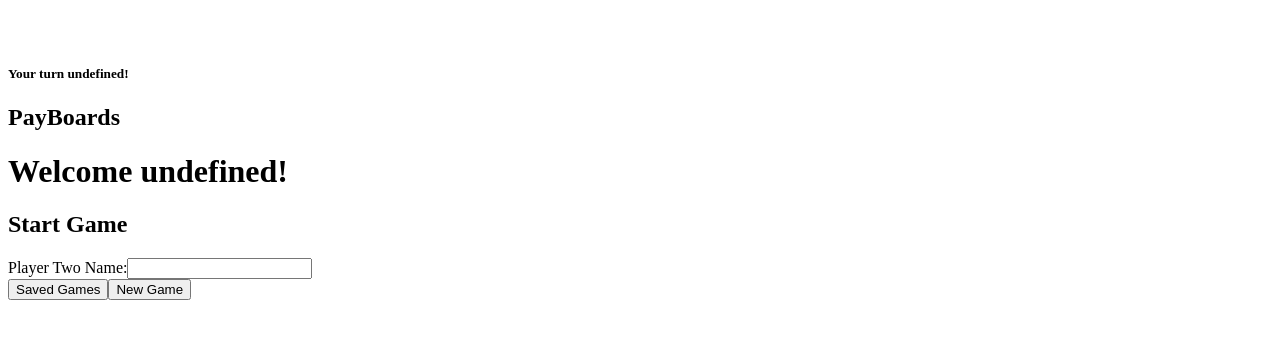
Repository: Luke82601/PayBoards
Page: /
These files come from the project's save history. The page is drawn as it stood at one moment and after the next save; the edit follows.
The browser window is 1280 px wide. The pictures show the whole page.
The page's requests for data from a server got no answer. The project was rebuilt for these pictures with package versions that can differ from the ones it lists, and the page was loaded fresh each time. No one was signed in, and anything a server would have sent is missing. Also part of the build but not shown: webpack.config.js, client/components/settings.jsx, client/components/save.jsx, client/components/Square.js, client/components/Board.jsx, client/components/DeadPool.jsx, client/helpers/board-initialiser.js, client/components/Game.jsx and 3 more.

Above is the page before, as saved 2021-05-20 11:46:38.

### client/index.jsx
import React from 'react';
import ReactDOM from 'react-dom';
import App from './components/App';
import Game from './components/Game.jsx';
import GuestApp from './components/GuestApp';

if (document.getElementById('app')) {
  ReactDOM.render(<App />, document.getElementById('app'));
}

### client/components/App.jsx
import React from 'react';
import axios from 'axios';
import Welcome from './welcome';
import Settings from './settings';
import Save from './save';
import King from '../pieces/King.js';
import Queen from '../pieces/Queen.js';
import Rook from '../pieces/Rook.js';
import Knight from '../pieces/Knight.js';
import Bishop from '../pieces/Bishop.js';
import Pawn from '../pieces/Pawn.js';
import Game from './Game.jsx';

class App extends React.Component {
  constructor(props) {
    super(props);
    this.state = {
      id: '',
      nextJump: false,
      settings: false,
      saveView: false,
      savedView: false,
      board: [],
      black: 12,
      white: 12,
      selected: [],
      // turn: 'black',
      autoJumpRed: false,
      autoJumpBlack: false,
      modal: true,
      victory: '',
      victoryMessage: '',
      gameList: [],
      // playerOne: 'Player One',
      // playerTwo: 'Player Two',

      whiteFallenSoldiers: [],
      blackFallenSoldiers: [],
      player: 1,
      sourceSelection: -1,
      status: '',
      turn: 'white'
    };
    this.makeBoard = this.makeBoard.bind(this);
    this.settings = this.settings.bind(this);
    this.saveGame = this.saveGame.bind(this);
    this.save = this.save.bind(this);
    this.changeGame = this.changeGame.bind(this);
    this.toggleModal = this.toggleModal.bind(this);
    this.changeWelcomeView = this.changeWelcomeView.bind(this);
    this.changeVictory = this.changeVictory.bind(this);
  }

  componentDidMount() {
    this.makeBoard('000000000000000000000000');
  }

  makeBoard(id, playerTwo) {
    axios.get(`/api/boards/${id}`)
      .then((data) => {
        return data.data;
      })
      .then((data) => {
        axios.get('/user')
          .then((user) => {
            if (data.playerTwo === '') {
              data.playerTwo = playerTwo ? playerTwo : '';
            }
            data.username = user.data.username;
            data.id = user.data.id;
            return data;
          })
          .then((data) => {
            axios.get(`/api/games/${data.id}`)
              .then((games) => {
                if (data.playerTwo === '') {
                  data.playerTwo = 'Player Two';
                }
                this.setState({
                  board: data.board, black: data.black, red: data.red, turn: data.turn, autoJumpRed: data.autoJumpRed, autoJumpBlack: data.autoJumpBlack, playerOne: data.playerOne, playerTwo: data.playerTwo, victory: '', playerOne: data.username, id: data.id, gameList: games.data.games });
              });
          });
      });
  }

  changeWelcomeView() {
    const { savedView } = this.state;
    this.setState({ savedView: !savedView });
  }

  settings() {
    const { settings } = this.state;
    this.setState({ settings: !settings });
  }

  saveGame() {
    const { saveView } = this.state;
    this.setState({ saveView: !saveView });
  }

  toggleJump() {
    const { nextJump } = this.state;
    this.setState({ nextJump: !nextJump });
  }


  save(name) {
    const {
      playerOne, playerTwo, board, black, red,
      turn, autoJumpRed, autoJumpBlack, gameList, id,
    } = this.state;
    axios.post(`/api/games/${id}`, {
      board: {
        name: name === '' ? `${playerOne} v ${playerTwo}` : name,
        board,
        black,
        red,
        turn,
        autoJumpRed,
        autoJumpBlack,
        playerOne,
        playerTwo,
      },
      games: gameList,
    });
  }

  changeGame() {
    this.toggleModal();
    this.makeBoard('000000000000000000000000');
  }

  toggleModal() {
    const { modal } = this.state;
    this.setState({ modal: !modal });
  }

  changeVictory() {
    this.setState({ victory: '', victoryMessage: '' });
  }

  handleClick(i) {
    const squares = this.state.squares.slice();

    if (this.state.sourceSelection === -1) {
      if (!squares[i] || squares[i].player !== this.state.player) {
        this.setState({status: 'Wrong selection. Choose player ' + this.state.player + ' pieces.'});
        squares[i] ? delete squares[i].style.backgroundColor : null;
      } else {
        squares[i].style = [...squares[i].style], {backgroundColor: 'RGB(111,143,114)'}; // Emerald from http://omgchess.blogspot.com/2015/09/chess-board-color-schemes.html
        this.setState({
          status: 'Choose destination for the selected piece',
          sourceSelection: i
        });
      }
    } else if (this.state.sourceSelection > -1) {
      delete squares[this.state.sourceSelection].style.backgroundColor;
      if (squares[i] && squares[i].player === this.state.player) {
        this.setState({
          status: 'Wrong selection. Choose valid source and destination again.',
          sourceSelection: -1,
        });
      } else {

        const squares = this.state.squares.slice();
        const whiteFallenSoldiers = this.state.whiteFallenSoldiers.slice();
        const blackFallenSoldiers = this.state.blackFallenSoldiers.slice();
        const isDestEnemyOccupied = squares[i] ? true : false;
        const isMovePossible = squares[this.state.sourceSelection].isMovePossible(this.state.sourceSelection, i, isDestEnemyOccupied);
        const srcToDestPath = squares[this.state.sourceSelection].getSrcToDestPath(this.state.sourceSelection, i);
        const isMoveLegal = this.isMoveLegal(srcToDestPath);

        if (isMovePossible && isMoveLegal) {
          if (squares[i] !== null) {
            if (squares[i].player === 1) {
              whiteFallenSoldiers.push(squares[i]);
            } else {
              blackFallenSoldiers.push(squares[i]);
            }
          }
          console.log('whiteFallenSoldiers', whiteFallenSoldiers);
          console.log('blackFallenSoldiers', blackFallenSoldiers);
          squares[i] = squares[this.state.sourceSelection];
          squares[this.state.sourceSelection] = null;
          let player = this.state.player === 1 ? 2 : 1;
          let turn = this.state.turn === 'white' ? 'black' : 'white';
          this.setState({
            sourceSelection: -1,
            squares: squares,
            whiteFallenSoldiers: whiteFallenSoldiers,
            blackFallenSoldiers: blackFallenSoldiers,
            player: player,
            status: '',
            turn: turn
          });
        } else {
          this.setState({
            status: 'Wrong selection. Choose valid source and destination again.',
            sourceSelection: -1,
          });
        }
      }
    }

  }

  /**
   * Check all path indices are null. For one steps move of pawn/others or jumping moves of knight array is empty, so  move is legal.
   * @param  {[type]}  srcToDestPath [array of board indices comprising path between src and dest ]
   * @return {Boolean}
   */
  isMoveLegal(srcToDestPath) {
    let isLegal = true;
    for (let i = 0; i < srcToDestPath.length; i++) {
      if (this.state.squares[srcToDestPath[i]] !== null) {
        isLegal = false;
      }
    }
    return isLegal;
  }















  render() {
    const { board, turn, modal, gameList, playerOne, playerTwo, victory, settings,
      savedView, saveView, nextJump, victoryMessage,
    } = this.state;
    const playersTurn = () => {
      if (turn === 'black') {
        return playerOne;
      }
      return playerTwo;
    };

    const whichPiece = (square, index, i) => {
      if (square[0] === null) {
        return null;
      }
      if (square[0] === 'br1' || square[0] === 'br2') {
        return (
          <img name={`${index}${i}`} className="blackpiece" alt="" src="images/blackrook.png" />
        );
      }

      if (square[0] === 'bkn1' || square[0] === 'bkn2') {
        return (
          <img name={`${index}${i}`} className="blackpiece" alt="" src="images/blackknight.png" />
        );
      }
      if (square[0] === 'bb1' || square[0] === 'bb2') {
        return (
          <img name={`${index}${i}`} className="blackpiece" alt="" src="images/blackbishop.png" />
        );
      }
      if (square[0] === 'bk') {
        return (
          <img name={`${index}${i}`} className="blackpiece" alt="" src="images/blackking.png" />
        );
      }
      if (square[0] === 'bq') {
        return (
          <img name={`${index}${i}`} className="blackpiece" alt="" src="images/blackqueen.png" />
        );
      }
      if (square[0] === 'bp') {
        return (
          <img name={`${index}${i}`} className="blackpiece" alt="" src="images/blackpawn.png" />
        );
      }
      if (square[0] === 'wr1' || square[0] === 'wr2') {
        return (
          <img name={`${index}${i}`} className="whitepiece" alt="" src="images/whiterook.png" />
        );
      }
      if (square[0] === 'wkn1' || square[0] === 'wkn2') {
        return (
          <img name={`${index}${i}`} className="whitepiece" alt="" src="images/whiteknight.png" />
        );
      }
      if (square[0] === 'wb1' || square[0] === 'wb2') {
        return (
          <img name={`${index}${i}`} className="whitepiece" alt="" src="images/whitebishop.png" />
        );
      }
      if (square[0] === 'wk') {
        return (
          <img name={`${index}${i}`} className="whitepiece" alt="" src="images/whiteking.png" />
        );
      }
      if (square[0] === 'wq') {
        return (
          <img name={`${index}${i}`} className="whitepiece" alt="" src="images/whitequeen.png" />
        );
      }
      if (square[0] === 'wp') {
        return (
          <img name={`${index}${i}`} className="whitepiece" alt="" src="images/whitepawn.png" />
        );
      }
    };

    return (
      <div>
        <img onClick={this.settings} className="settings" src="images/settings.png"/>
        <div className="head">
          <h5>{`Your turn ${playersTurn()}!`}</h5>
        </div>
        <div>
          {board.map((row, index) => (
            <div className="grid" key={`row ${Math.random() * 1000}`}>
              {row.map((square, i) => (
                <div
                  onClick={square[2] === 'selectRed'
                    ? this.selectRed
                    : square[2] === 'selectBlack'
                      ? this.selectBlack
                      : square[2] === 'moveSelected'
                        ? this.moveSelected
                        : null}
                  onKeyPress={square[2] === 'selectRed' ? this.selectRed : square[2] === 'selectBlack' ? this.selectBlack : square[2] === 'moveSelected' ? this.moveSelected : null}
                  name={`${index}${i}`}
                  className={square[1]}
                  key={`square ${Math.random() * 1000}`}
                >
                  {whichPiece(square, index, i)}
                </div>
              ))}
            </div>
          ))}
        </div>

        <Settings
          saveGame={this.saveGame}
          changeGame={this.changeGame}
          exit={this.settings}
          modal={modal}
          settings={settings}
        />

        <Save
          save={this.save}
          exit={this.saveGame}
          saveView={saveView}
        />

        <Welcome
          username={playerOne}
          makeBoard={this.makeBoard}
          modal={modal}
          victory={victory}
          message={victoryMessage}
          savedView={savedView}
          changeView={this.changeWelcomeView}
          changeVictory={this.changeVictory}
          onClose={this.toggleModal}
          players={this.players}
          gameList={gameList}
        />
      </div>
    );
  }
}

export default App;

### client/components/Welcome.jsx
import React from 'react';

const Welcome = ({ username, modal, gameList, victory, message, savedView, changeView, changeVictory, makeBoard, onClose }) => {
  if (!modal) {
    return null;
  }
  if (victory !== '') {
    return (
      <div className="modalBackground victoryBackground">
        <div className="head"><h2>PayBoards</h2></div>
        <div className="formBox">
          <div>
            <h1>{`${victory} wins!!!`}</h1>
            <h3>{message}</h3>
          </div>
          <button className="altButton" type="button" onClick={() => {
            changeView();
            changeVictory();
          }}>Back to Welcome Page</button>
        </div>
      </div>
    );
  }
  if (savedView) {
    return (
      <div className="modalBackground">
        <div className="head"><h2>PayBoards</h2></div>
        <div className="formBox">
          <h2>Select Game</h2>
          <div>
            {gameList.map((game) => (
              <button key={game.gameId} name={game.gameId} className="altButton" type="button" onClick={() => {
                makeBoard(game.gameId);
                onClose();
              }}>{game.name}</button>
            ))}
          </div>
          <button className="altButton back" type="button" onClick={changeView}>Back to Welcome Page</button>
        </div>
      </div>
    );
  }
  return (
    <div className="modalBackground">
      <div className="head"><h2>PayBoards</h2></div>
      <div className="formBox">
        <h1>{`Welcome ${username}!`}</h1>
        <h2>Start Game</h2>
        <label htmlFor="playerTwo">
          Player Two Name:
          <input type="text" className="playerTwo" />
        </label>
        <div className="buttonGrid">
          <button type="button" onClick={changeView}>Saved Games</button>
          <button type="button" onClick={() => {
            makeBoard('000000000000000000000000', document.getElementsByClassName('playerTwo')[0].value);
            onClose();
          }}>New Game</button>
        </div>
      </div>
    </div>
  );
};

export default Welcome;

### client/pieces/King.js
import RootPiece from './RootPiece.js';
import { isSameDiagonal, isSameRow } from '../helpers';

export default class King extends RootPiece {
  constructor(player) {
    super(player, (player === 1 ? 'images/whiteking.png' : 'images/blackking.png'));
  }

  isMovePossible(src, dest) {
    return (src - 9 === dest ||
      src - 8 === dest ||
      src - 7 === dest ||
      src + 1 === dest ||
      src + 9 === dest ||
      src + 8 === dest ||
      src + 7 === dest ||
      src - 1 === dest);
  }

  /**
   * always returns empty array because of one step
   * @return {[]}
   */
  getSrcToDestPath(src, dest) {
    return [];
  }
}

### client/pieces/Queen.js
import RootPiece from './RootPiece.js';
import { isSameRow, isSameColumn, isSameDiagonal, isPathClean } from '../helpers';


export default class Queen extends RootPiece {
  constructor(player) {
    super(player, (player === 1 ? 'images/whitequeen.png' : 'images/blackqueen.png'));
  }

  isMovePossible(src, dest) {
    let mod = src % 8;
    let diff = 8 - mod;

    return (Math.abs(src - dest) % 9 === 0 || Math.abs(src - dest) % 7 === 0) ||
      (Math.abs(src - dest) % 8 === 0 || (dest >= (src - mod) && dest < (src + diff)));
  }

  /**
   * get path between src and dest (src and dest exclusive)
   * @param  {num} src
   * @param  {num} dest
   * @return {[array]}
   */
  getSrcToDestPath(src, dest) {
    let path = [], pathStart, pathEnd, incrementBy;
    if (src > dest) {
      pathStart = dest;
      pathEnd = src;
    } else {
      pathStart = src;
      pathEnd = dest;
    }
    if (Math.abs(src - dest) % 8 === 0) {
      incrementBy = 8;
      pathStart += 8;
    } else if (Math.abs(src - dest) % 9 === 0) {
      incrementBy = 9;
      pathStart += 9;
    } else if (Math.abs(src - dest) % 7 === 0) {
      incrementBy = 7;
      pathStart += 7;
    } else {
      incrementBy = 1;
      pathStart += 1;
    }

    for (let i = pathStart; i < pathEnd; i += incrementBy) {
      path.push(i);
    }
    return path;
  }
}

### client/pieces/Rook.js
import RootPiece from './RootPiece.js';
import { isSameRow, isSameColumn, isSameDiagonal, isPathClean } from '../helpers';

export default class Rook extends RootPiece {
  constructor(player) {
    super(player, (player === 1? 'image/whiterook.png' : 'images/blackrook.png'));
  }

  isMovePossible(src, dest) {
    let mod = src % 8;
    let diff = 8 - mod;
    return (Math.abs(src - dest) % 8 === 0 || (dest >= (src - mod) && dest < (src + diff)));
  }

  /**
   * get path between src and dest (src and dest exclusive)
   * @param  {num} src
   * @param  {num} dest
   * @return {[array]}
   */
  getSrcToDestPath(src, dest) {
    let path = [], pathStart, pathEnd, incrementBy;
    if (src > dest) {
      pathStart = dest;
      pathEnd = src;
    } else {
      pathStart = src;
      pathEnd = dest;
    }
    if (Math.abs(src - dest) % 8 === 0) {
      incrementBy = 8;
      pathStart += 8;
    } else {
      incrementBy = 1;
      pathStart += 1;
    }

    for (let i = pathStart; i < pathEnd; i += incrementBy) {
      path.push(i);
    }
    return path;
  }
}

### client/pieces/Knight.js
import RootPiece from './RootPiece.js';
import { isSameRow } from '../helpers';

export default class Knight extends RootPiece {
  constructor(player) {
    super(player, (player === 1 ? 'images/whiteknight.png' : 'images/blackknight.png'));
  }

  isMovePossible(src, dest) {
    return (src - 17 === dest ||
      src - 10 === dest ||
      src + 6 === dest ||
      src + 15 === dest ||
      src - 15 === dest ||
      src - 6 === dest ||
      src + 10 === dest ||
      src + 17 === dest);
  }

  /**
   * always returns empty array because of jumping
   * @return {[]}
   */
  getSrcToDestPath() {
    return [];
  }
}

### client/pieces/Bishop.js
import RootPiece from './RootPiece.js';
import { isSameDiagonal, isPathClean } from '../helpers';

export default class Bishop extends RootPiece {
  constructor(player) {
    super(player, (player === 1 ? 'images/whitebishop.png' : 'images/blackbishop.png'));
  }

  isMovePossible(src, dest) {
    return (Math.abs(src - dest) % 9 === 0 || Math.abs(src - dest) % 7 === 0);
  }

  /**
   * get path between src and dest (src and dest exclusive)
   * @param  {num} src
   * @param  {num} dest
   * @return {[array]}
   */
  getSrcToDestPath(src, dest) {
    let path = [], pathStart, pathEnd, incrementBy;
    if (src > dest) {
      pathStart = dest;
      pathEnd = src;
    } else {
      pathStart = src;
      pathEnd = dest;
    }
    if (Math.abs(src - dest) % 9 === 0) {
      incrementBy = 9;
      pathStart += 9;
    } else {
      incrementBy = 7;
      pathStart += 7;
    }

    for (let i = pathStart; i < pathEnd; i += incrementBy) {
      path.push(i);
    }
    return path;
  }
}

### client/pieces/Pawn.js
import RootPiece from './RootPiece.js';
import { isSameDiagonal } from '../helpers';

export default class Pawn extends RootPiece {
  constructor(player) {
    super(player, (player === 1 ? 'images/whitepawn.png' : 'images/blackpawn.png'));
    this.initialPositions = {
      1: [48, 49, 50, 51, 52, 53, 54, 55],
      2: [8, 9, 10, 11, 12, 13, 14, 15]
    };
  }

  isMovePossible(src, dest, isDestEnemyOccupied) {

    if (this.player === 1) {
      if ((dest === src - 8 && !isDestEnemyOccupied) || (dest === src - 16 && this.initialPositions[1].indexOf(src) !== -1)) {
        return true;
      } else if (isDestEnemyOccupied && (dest === src - 9 || dest === src - 7)) {
        return true;
      }
    } else if (this.player === 2) {
      if ((dest === src + 8 && !isDestEnemyOccupied) || (dest === src + 16 && this.initialPositions[2].indexOf(src) !== -1)) {
        return true;
      } else if (isDestEnemyOccupied && (dest === src + 9 || dest === src + 7)) {
        return true;
      }
    }
    return false;
  }

  /**
   * returns array of one if pawn moves two steps, else returns empty array
   * @param  {[type]} src  [description]
   * @param  {[type]} dest [description]
   * @return {[type]}      [description]
   */
  getSrcToDestPath(src, dest) {
    if (dest === src - 16) {
      return [src - 8];
    } else if (dest === src + 16) {
      return [src + 8];
    }
    return [];
  }
}

### client/pieces/RootPiece.js
export default class RootPiece {
  constructor(player, iconUrl) {
    this.player = player;
    this.style = {backgroundImage: `url('${iconUrl}')`};
  }
}

### client/helpers/index.js
const diagonalDictionaryTLBR = require('../dictionaries/diagonalTopLeftBottomRight.json');
const diagonalDictionaryTRBL = require('../dictionaries/diagonalTopRightBottomLeft.json');
const rowDictionary = require('../dictionaries/row.json');
const columnDictionary = require('../dictionaries/column.json');

const isSameRow = (src, dest) => {
  return !!(rowDictionary[src] && rowDictionary[src][dest]);
}

const isSameColumn = (src, dest) => {
  return !!(columnDictionary[src] && columnDictionary[src][dest]);
}

const isSameDiagonal = (src, dest) => {
  return !!((diagonalDictionaryTLBR[src] && diagonalDictionaryTLBR[src][dest]) ||
    (diagonalDictionaryTRBL[src] && diagonalDictionaryTRBL[src][dest]))
}

const isPathClean = (srcToDestPath, squares) => srcToDestPath.reduce((acc, curr) => !squares[curr] && acc, true)


module.exports = {
  isSameRow,
  isSameColumn,
  isSameDiagonal,
  isPathClean
}

Loaded but not shown: client/dictionaries/row.json (642 lines, source omitted); client/dictionaries/column.json (642 lines, source omitted); client/dictionaries/diagonalTopRightBottomLeft.json (468 lines, source omitted); client/dictionaries/diagonalTopLeftBottomRight.json (468 lines, source omitted)

After the next save:
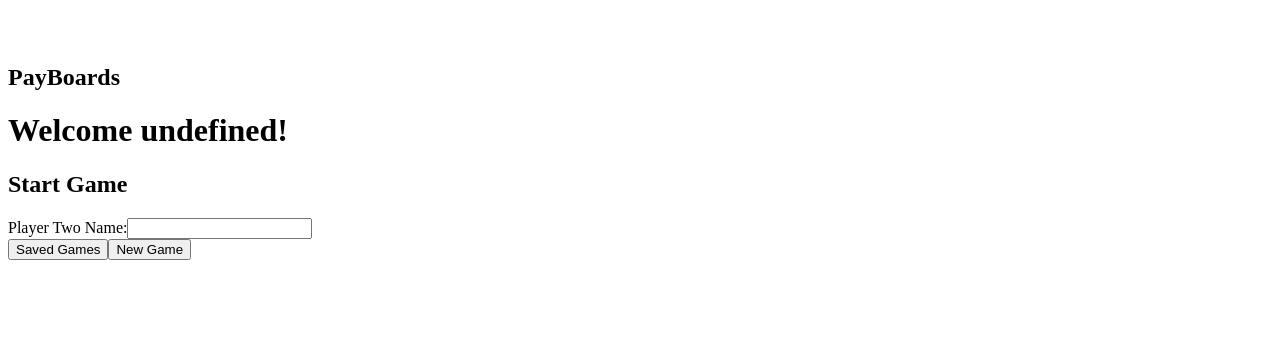
Saved 92 min 35 s later.
--- a/client/components/App.jsx
+++ b/client/components/App.jsx
@@ -314,32 +314,6 @@ class App extends React.Component {
     return (
       <div>
         <img onClick={this.settings} className="settings" src="images/settings.png"/>
-        <div className="head">
-          <h5>{`Your turn ${playersTurn()}!`}</h5>
-        </div>
-        <div>
-          {board.map((row, index) => (
-            <div className="grid" key={`row ${Math.random() * 1000}`}>
-              {row.map((square, i) => (
-                <div
-                  onClick={square[2] === 'selectRed'
-                    ? this.selectRed
-                    : square[2] === 'selectBlack'
-                      ? this.selectBlack
-                      : square[2] === 'moveSelected'
-                        ? this.moveSelected
-                        : null}
-                  onKeyPress={square[2] === 'selectRed' ? this.selectRed : square[2] === 'selectBlack' ? this.selectBlack : square[2] === 'moveSelected' ? this.moveSelected : null}
-                  name={`${index}${i}`}
-                  className={square[1]}
-                  key={`square ${Math.random() * 1000}`}
-                >
-                  {whichPiece(square, index, i)}
-                </div>
-              ))}
-            </div>
-          ))}
-        </div>
 
         <Settings
           saveGame={this.saveGame}
